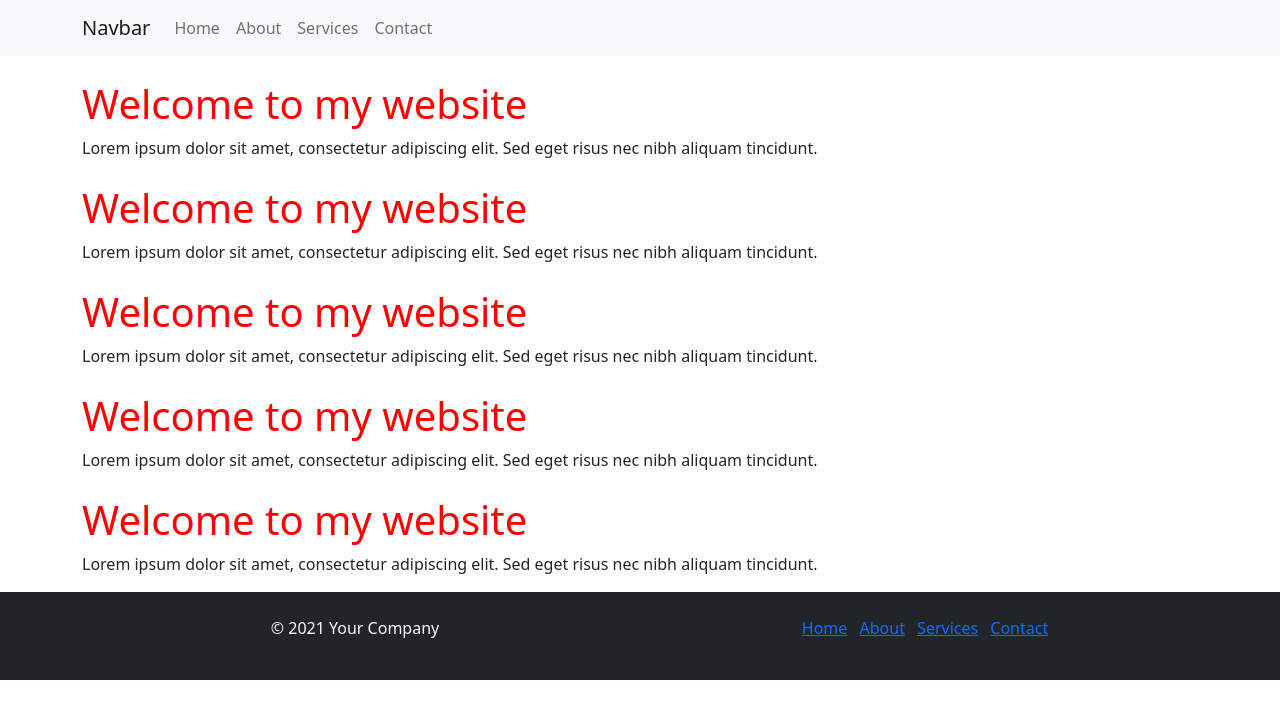
Repository: DongVersion2/laravel-test
Page: http://localhost/
These files come from the project's save history. The page is drawn as it stood at one moment and after the next save; the edit follows.
The browser window is 1280 px wide. The pictures show the whole page.
The page is served by the project's Laravel application, run on PHP 8.4 with Laravel 8. Other server files are loaded and not shown.

Above is the page before, as saved 2024-05-02 09:39:27.

### routes/web.php
<?php

use Illuminate\Support\Facades\Route;

/*
|--------------------------------------------------------------------------
| Web Routes
|--------------------------------------------------------------------------
|
| Here is where you can register web routes for your application. These
| routes are loaded by the RouteServiceProvider within a group which
| contains the "web" middleware group. Now create something great!
|
*/

Route::get('/', function () {
    // return view('welcome');
    return view('home');
});

### resources/views/home.blade.php
<!DOCTYPE html>
<html lang="en">
<head>
    <meta charset="UTF-8">
    <meta name="viewport" content="width=device-width, initial-scale=1.0">
    <meta http-equiv="X-UA-Compatible" content="ie=edge">
    <link href="https://cdn.jsdelivr.net/npm/bootstrap@5.0.2/dist/css/bootstrap.min.css" rel="stylesheet" integrity="sha384-EVSTQN3/azprG1Anm3QDgpJLIm9Nao0Yz1ztcQTwFspd3yD65VohhpuuCOmLASjC" crossorigin="anonymous">
    {{-- <link rel="stylesheet" style="text/css" href="/resource/css/home.css"> --}}
    <link rel="stylesheet" href="{{asset('home.css')}}">
    {{-- <link rel="stylesheet" href="{{ asset('css/home.css') }}">
    <link rel="stylesheet" href="/resources/css/home.css"> --}}
    {{-- <link rel="stylesheet" href="{{ URL::asset('css/home.css'); }}"> --}}
    {{-- <link rel="stylesheet" href="{{ css::style('css/css.css'); }}"> --}}
    <title>Document</title>
</head>
<body>
    <body>
        <nav class="navbar navbar-expand-lg navbar-light bg-light">
          <div class="container">
            <a class="navbar-brand" href="#">Navbar</a>
            <button class="navbar-toggler" type="button" data-bs-toggle="collapse" data-bs-target="#navbarNav" aria-controls="navbarNav" aria-expanded="false" aria-label="Toggle navigation">
              <span class="navbar-toggler-icon"></span>
            </button>
            <div class="collapse navbar-collapse" id="navbarNav">
              <ul class="navbar-nav">
                <li class="nav-item">
                  <a class="nav-link" href="#">Home</a>
                </li>
                <li class="nav-item">
                  <a class="nav-link" href="#">About</a>
                </li>
                <li class="nav-item">
                  <a class="nav-link" href="#">Services</a>
                </li>
                <li class="nav-item">
                  <a class="nav-link" href="#">Contact</a>
                </li>
              </ul>
            </div>
          </div>
        </nav>

        <div class="container mt-4">
          <h1>Welcome to my website</h1>
          <p>Lorem ipsum dolor sit amet, consectetur adipiscing elit. Sed eget risus nec nibh aliquam tincidunt.</p>
        </div>
        <div class="container mt-4">
            <h1>Welcome to my website</h1>
            <p>Lorem ipsum dolor sit amet, consectetur adipiscing elit. Sed eget risus nec nibh aliquam tincidunt.</p>
          </div>
          <div class="container mt-4">
            <h1>Welcome to my website</h1>
            <p>Lorem ipsum dolor sit amet, consectetur adipiscing elit. Sed eget risus nec nibh aliquam tincidunt.</p>
          </div>
          <div class="container mt-4">
            <h1>Welcome to my website</h1>
            <p>Lorem ipsum dolor sit amet, consectetur adipiscing elit. Sed eget risus nec nibh aliquam tincidunt.</p>
          </div>
          <div class="container mt-4">
            <h1>Welcome to my website</h1>
            <p>Lorem ipsum dolor sit amet, consectetur adipiscing elit. Sed eget risus nec nibh aliquam tincidunt.</p>
          </div>

        <footer class="bg-dark text-light text-center py-4">
          <div class="container">
            <div class="row">
              <div class="col-md-6">
                <p>&copy; 2021 Your Company</p>
              </div>
              <div class="col-md-6">
                <ul class="list-inline">
                  <li class="list-inline-item"><a href="#">Home</a></li>
                  <li class="list-inline-item"><a href="#">About</a></li>
                  <li class="list-inline-item"><a href="#">Services</a></li>
                  <li class="list-inline-item"><a href="#">Contact</a></li>
                </ul>
              </div>
            </div>
          </div>
        </footer>

        <script src="https://cdn.jsdelivr.net/npm/bootstrap@5.0.2/dist/js/bootstrap.bundle.min.js"></script>
      </body>

</body>
</html>

Loaded but not shown: public/home.css (common file)

After the next save:
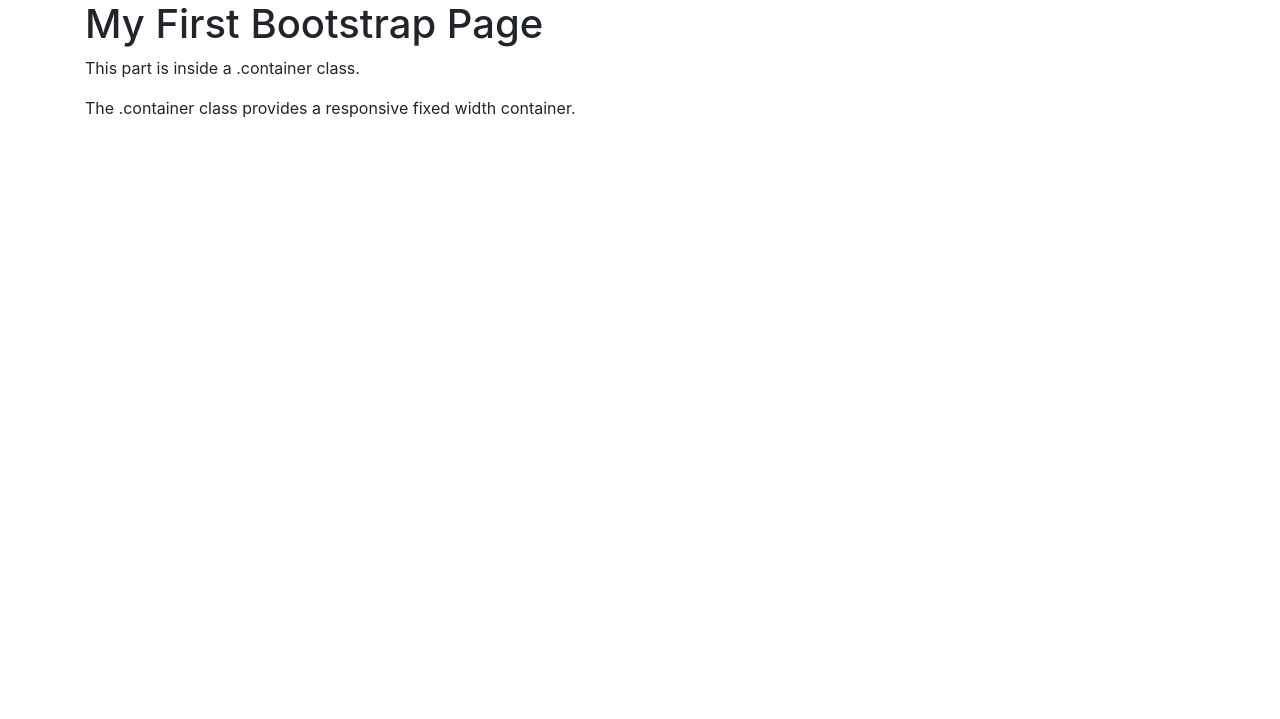
Saved 4 min 40 s later.
--- a/resources/views/home.blade.php
+++ b/resources/views/home.blade.php
@@ -1,86 +1,21 @@
 <!DOCTYPE html>
 <html lang="en">
 <head>
-    <meta charset="UTF-8">
-    <meta name="viewport" content="width=device-width, initial-scale=1.0">
-    <meta http-equiv="X-UA-Compatible" content="ie=edge">
-    <link href="https://cdn.jsdelivr.net/npm/bootstrap@5.0.2/dist/css/bootstrap.min.css" rel="stylesheet" integrity="sha384-EVSTQN3/azprG1Anm3QDgpJLIm9Nao0Yz1ztcQTwFspd3yD65VohhpuuCOmLASjC" crossorigin="anonymous">
-    {{-- <link rel="stylesheet" style="text/css" href="/resource/css/home.css"> --}}
-    <link rel="stylesheet" href="{{asset('home.css')}}">
-    {{-- <link rel="stylesheet" href="{{ asset('css/home.css') }}">
-    <link rel="stylesheet" href="/resources/css/home.css"> --}}
-    {{-- <link rel="stylesheet" href="{{ URL::asset('css/home.css'); }}"> --}}
-    {{-- <link rel="stylesheet" href="{{ css::style('css/css.css'); }}"> --}}
-    <title>Document</title>
+  <title>Bootstrap Example</title>
+  <meta charset="utf-8">
+  <meta name="viewport" content="width=device-width, initial-scale=1">
+  <link rel="stylesheet" href="https://cdn.jsdelivr.net/npm/bootstrap@4.6.2/dist/css/bootstrap.min.css">
+  <script src="https://cdn.jsdelivr.net/npm/jquery@3.7.1/dist/jquery.slim.min.js"></script>
+  <script src="https://cdn.jsdelivr.net/npm/popper.js@1.16.1/dist/umd/popper.min.js"></script>
+  <script src="https://cdn.jsdelivr.net/npm/bootstrap@4.6.2/dist/js/bootstrap.bundle.min.js"></script>
 </head>
 <body>
-    <body>
-        <nav class="navbar navbar-expand-lg navbar-light bg-light">
-          <div class="container">
-            <a class="navbar-brand" href="#">Navbar</a>
-            <button class="navbar-toggler" type="button" data-bs-toggle="collapse" data-bs-target="#navbarNav" aria-controls="navbarNav" aria-expanded="false" aria-label="Toggle navigation">
-              <span class="navbar-toggler-icon"></span>
-            </button>
-            <div class="collapse navbar-collapse" id="navbarNav">
-              <ul class="navbar-nav">
-                <li class="nav-item">
-                  <a class="nav-link" href="#">Home</a>
-                </li>
-                <li class="nav-item">
-                  <a class="nav-link" href="#">About</a>
-                </li>
-                <li class="nav-item">
-                  <a class="nav-link" href="#">Services</a>
-                </li>
-                <li class="nav-item">
-                  <a class="nav-link" href="#">Contact</a>
-                </li>
-              </ul>
-            </div>
-          </div>
-        </nav>
 
-        <div class="container mt-4">
-          <h1>Welcome to my website</h1>
-          <p>Lorem ipsum dolor sit amet, consectetur adipiscing elit. Sed eget risus nec nibh aliquam tincidunt.</p>
-        </div>
-        <div class="container mt-4">
-            <h1>Welcome to my website</h1>
-            <p>Lorem ipsum dolor sit amet, consectetur adipiscing elit. Sed eget risus nec nibh aliquam tincidunt.</p>
-          </div>
-          <div class="container mt-4">
-            <h1>Welcome to my website</h1>
-            <p>Lorem ipsum dolor sit amet, consectetur adipiscing elit. Sed eget risus nec nibh aliquam tincidunt.</p>
-          </div>
-          <div class="container mt-4">
-            <h1>Welcome to my website</h1>
-            <p>Lorem ipsum dolor sit amet, consectetur adipiscing elit. Sed eget risus nec nibh aliquam tincidunt.</p>
-          </div>
-          <div class="container mt-4">
-            <h1>Welcome to my website</h1>
-            <p>Lorem ipsum dolor sit amet, consectetur adipiscing elit. Sed eget risus nec nibh aliquam tincidunt.</p>
-          </div>
-
-        <footer class="bg-dark text-light text-center py-4">
-          <div class="container">
-            <div class="row">
-              <div class="col-md-6">
-                <p>&copy; 2021 Your Company</p>
-              </div>
-              <div class="col-md-6">
-                <ul class="list-inline">
-                  <li class="list-inline-item"><a href="#">Home</a></li>
-                  <li class="list-inline-item"><a href="#">About</a></li>
-                  <li class="list-inline-item"><a href="#">Services</a></li>
-                  <li class="list-inline-item"><a href="#">Contact</a></li>
-                </ul>
-              </div>
-            </div>
-          </div>
-        </footer>
-
-        <script src="https://cdn.jsdelivr.net/npm/bootstrap@5.0.2/dist/js/bootstrap.bundle.min.js"></script>
-      </body>
+<div class="container">
+  <h1>My First Bootstrap Page</h1>
+  <p>This part is inside a .container class.</p>
+  <p>The .container class provides a responsive fixed width container.</p>
+</div>
 
 </body>
 </html>

After the save that followed:
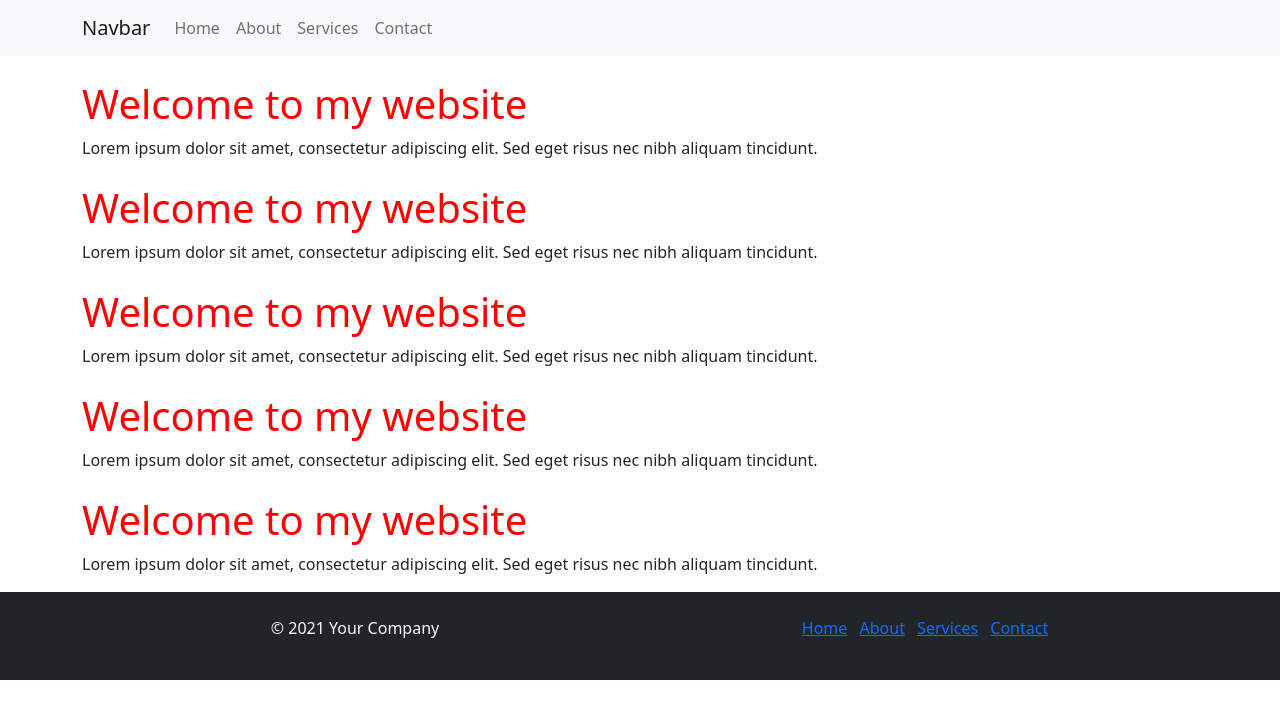
Saved 53 s later.
--- a/resources/views/home.blade.php
+++ b/resources/views/home.blade.php
@@ -1,21 +1,81 @@
 <!DOCTYPE html>
 <html lang="en">
 <head>
-  <title>Bootstrap Example</title>
-  <meta charset="utf-8">
-  <meta name="viewport" content="width=device-width, initial-scale=1">
-  <link rel="stylesheet" href="https://cdn.jsdelivr.net/npm/bootstrap@4.6.2/dist/css/bootstrap.min.css">
-  <script src="https://cdn.jsdelivr.net/npm/jquery@3.7.1/dist/jquery.slim.min.js"></script>
-  <script src="https://cdn.jsdelivr.net/npm/popper.js@1.16.1/dist/umd/popper.min.js"></script>
-  <script src="https://cdn.jsdelivr.net/npm/bootstrap@4.6.2/dist/js/bootstrap.bundle.min.js"></script>
+    <meta charset="UTF-8">
+    <meta name="viewport" content="width=device-width, initial-scale=1.0">
+    <meta http-equiv="X-UA-Compatible" content="ie=edge">
+    <link href="https://cdn.jsdelivr.net/npm/bootstrap@5.0.2/dist/css/bootstrap.min.css" rel="stylesheet" integrity="sha384-EVSTQN3/azprG1Anm3QDgpJLIm9Nao0Yz1ztcQTwFspd3yD65VohhpuuCOmLASjC" crossorigin="anonymous">
+    <link rel="stylesheet" href="{{asset('home.css')}}">
+    <title>Document</title>
 </head>
 <body>
+    <body>
+        <nav class="navbar navbar-expand-lg navbar-light bg-light">
+          <div class="container">
+            <a class="navbar-brand" href="#">Navbar</a>
+            <button class="navbar-toggler" type="button" data-bs-toggle="collapse" data-bs-target="#navbarNav" aria-controls="navbarNav" aria-expanded="false" aria-label="Toggle navigation">
+              <span class="navbar-toggler-icon"></span>
+            </button>
+            <div class="collapse navbar-collapse" id="navbarNav">
+              <ul class="navbar-nav">
+                <li class="nav-item">
+                  <a class="nav-link" href="#">Home</a>
+                </li>
+                <li class="nav-item">
+                  <a class="nav-link" href="#">About</a>
+                </li>
+                <li class="nav-item">
+                  <a class="nav-link" href="#">Services</a>
+                </li>
+                <li class="nav-item">
+                  <a class="nav-link" href="#">Contact</a>
+                </li>
+              </ul>
+            </div>
+          </div>
+        </nav>
 
-<div class="container">
-  <h1>My First Bootstrap Page</h1>
-  <p>This part is inside a .container class.</p>
-  <p>The .container class provides a responsive fixed width container.</p>
-</div>
+        <div class="container mt-4">
+          <h1>Welcome to my website</h1>
+          <p>Lorem ipsum dolor sit amet, consectetur adipiscing elit. Sed eget risus nec nibh aliquam tincidunt.</p>
+        </div>
+        <div class="container mt-4">
+            <h1>Welcome to my website</h1>
+            <p>Lorem ipsum dolor sit amet, consectetur adipiscing elit. Sed eget risus nec nibh aliquam tincidunt.</p>
+          </div>
+          <div class="container mt-4">
+            <h1>Welcome to my website</h1>
+            <p>Lorem ipsum dolor sit amet, consectetur adipiscing elit. Sed eget risus nec nibh aliquam tincidunt.</p>
+          </div>
+          <div class="container mt-4">
+            <h1>Welcome to my website</h1>
+            <p>Lorem ipsum dolor sit amet, consectetur adipiscing elit. Sed eget risus nec nibh aliquam tincidunt.</p>
+          </div>
+          <div class="container mt-4">
+            <h1>Welcome to my website</h1>
+            <p>Lorem ipsum dolor sit amet, consectetur adipiscing elit. Sed eget risus nec nibh aliquam tincidunt.</p>
+          </div>
+
+        <footer class="bg-dark text-light text-center py-4">
+          <div class="container">
+            <div class="row">
+              <div class="col-md-6">
+                <p>&copy; 2021 Your Company</p>
+              </div>
+              <div class="col-md-6">
+                <ul class="list-inline">
+                  <li class="list-inline-item"><a href="#">Home</a></li>
+                  <li class="list-inline-item"><a href="#">About</a></li>
+                  <li class="list-inline-item"><a href="#">Services</a></li>
+                  <li class="list-inline-item"><a href="#">Contact</a></li>
+                </ul>
+              </div>
+            </div>
+          </div>
+        </footer>
+
+        <script src="https://cdn.jsdelivr.net/npm/bootstrap@5.0.2/dist/js/bootstrap.bundle.min.js"></script>
+      </body>
 
 </body>
 </html>
